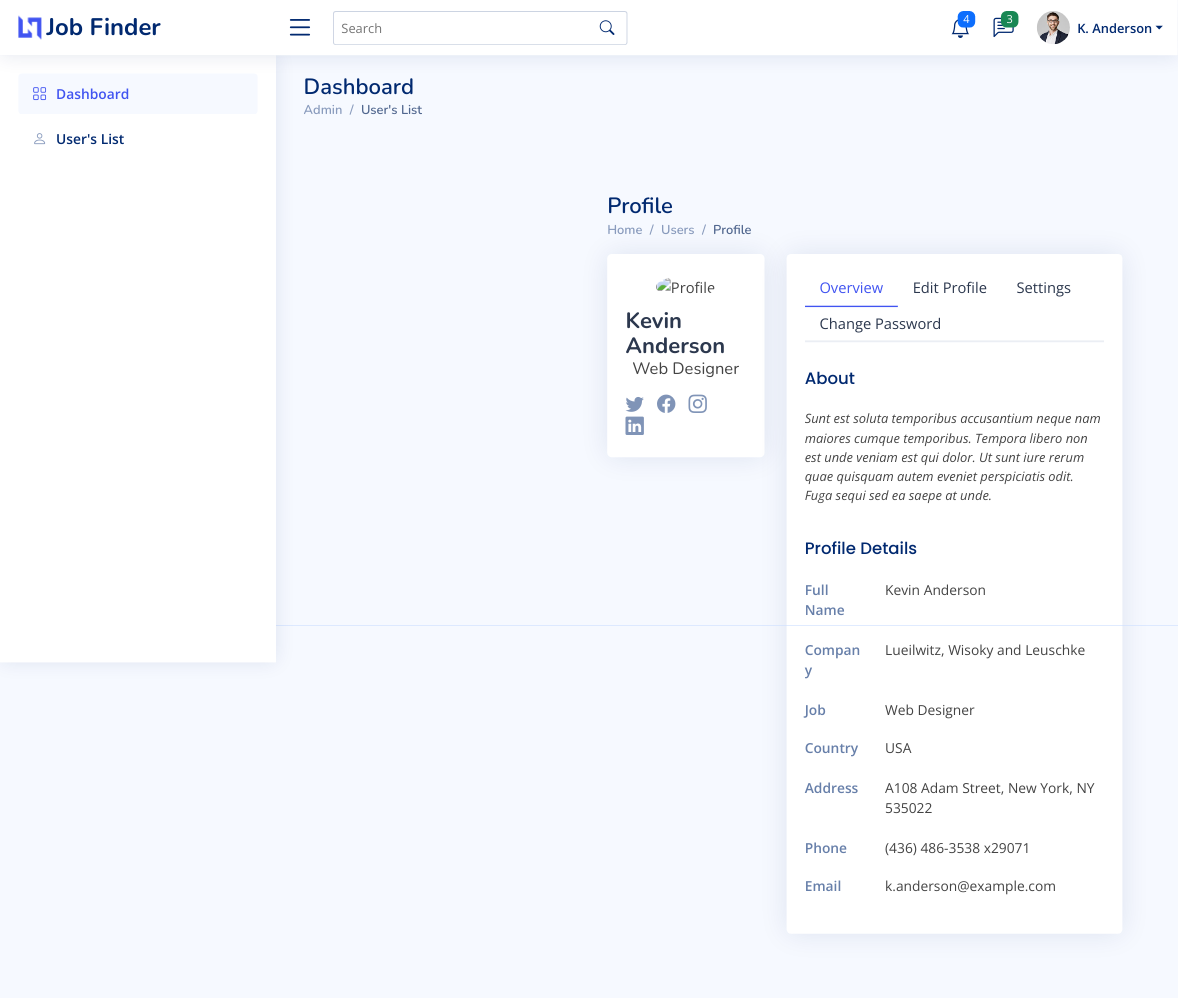
Repository: neha-rouniyar/jobfinder
Page: http://localhost/employer/my-profile
The author's editor kept a copy of each file at every save. The page is drawn from the files as they stood at one save, then again after the next save.
The browser window is 1280 px wide. The pictures show the whole page, at 92% of full size.
The page is served by the project's Laravel application, run on PHP 8.4 with Laravel 10. A made-up administrator, Test User (test@example.com), is signed in. Other server files are loaded and not shown.

Above is the page before, as saved 2023-12-21 22:29:37.

### routes/web.php
<?php

use App\Http\Controllers\Admin\AdminController;
use App\Http\Controllers\Employer\ProfileController;
use App\Http\Controllers\RegisterController;
use Illuminate\Support\Facades\Route;

/*
|--------------------------------------------------------------------------
| Web Routes
|--------------------------------------------------------------------------
|
| Here is where you can register web routes for your application. These
| routes are loaded by the RouteServiceProvider and all of them will
| be assigned to the "web" middleware group. Make something great!
|
*/

Route::get('/', function () {
    return view('welcome');
});

Route::get('/login-form',[RegisterController::class,'loginForm'])->name('login.form');
Route::get('/register-form',[RegisterController::class,'registerForm'])->name('register.form');
Route::get('/employer-form',[RegisterController::class,'employerForm'])->name('employer.form');
Route::post('/user/register-form',[RegisterController::class,'userRegisterStore'])->name('user.register.submit');
Route::post('/employer/register-form',[RegisterController::class,'companyRegisterStore'])->name('company.register.submit');
Route::post('/login-submit',[RegisterController::class,'loginAuthenticate'])->name('login.submit');





Route::get('/verify-email/{token}',[RegisterController::class,'verifyEmail'])->name('verify.email');


//admin page
Route::get('/admin-dashboard',[AdminController::class,'index'])->name('admin.dashboard');
Route::get('/admin-logout',[AdminController::class,'logout'])->name('admin.logout');
Route::get('/admin/users-list',[AdminController::class,'userList'])->name('admin.users.list');

//company only
Route::get('/employer/my-profile',[ProfileController::class,'myProfile'])->name('company.profile');



//common routes
// Route::get('/admin-dashboard',[AdminController::class,'index'])->name('common.dashboard');

### app/Models/User.php
<?php

namespace App\Models;

// use Illuminate\Contracts\Auth\MustVerifyEmail;
use Illuminate\Database\Eloquent\Factories\HasFactory;
use Illuminate\Foundation\Auth\User as Authenticatable;
use Illuminate\Notifications\Notifiable;
use Laravel\Sanctum\HasApiTokens;

class User extends Authenticatable
{
    use HasApiTokens, HasFactory, Notifiable;

    /**
     * The attributes that are mass assignable.
     *
     * @var array<int, string>
     */
    protected $fillable = [
        'name',
        'email',
        'password',
    ];

    /**
     * The attributes that should be hidden for serialization.
     *
     * @var array<int, string>
     */
    protected $hidden = [
        'password',
        'remember_token',
    ];

    /**
     * The attributes that should be cast.
     *
     * @var array<string, string>
     */
    protected $casts = [
        'email_verified_at' => 'datetime',
        'password' => 'hashed',
    ];
    public function emailVerification()
    {
        return $this->hasOne(EmailVerification::class);
    }
    public function roles()
    {
        return $this->belongsToMany(User::class,'user_roles','user_id','role_id');
    }

}

### app/Http/Controllers/Employer/ProfileController.php
<?php

namespace App\Http\Controllers\Employer;

use App\Http\Controllers\Controller;
use Illuminate\Http\Request;

class ProfileController extends Controller
{
    public function myProfile(Request $request)
    {
        return view('employer.myProfile');
    }
}

### resources/views/employer/myProfile.blade.php
@extends('admin.index')
@section('content')

<main id="main" class="main">

    <div class="pagetitle">
        <h1>Dashboard</h1>
        <nav>
          <ol class="breadcrumb">
            <li class="breadcrumb-item"><a href="#">Admin</a></li>
            <li class="breadcrumb-item active">User's List</li>
          </ol>
        </nav>
      </div>
      <main id="main" class="main">

        <div class="pagetitle">
          <h1>Profile</h1>
          <nav>
            <ol class="breadcrumb">
              <li class="breadcrumb-item"><a href="index.html">Home</a></li>
              <li class="breadcrumb-item">Users</li>
              <li class="breadcrumb-item active">Profile</li>
            </ol>
          </nav>
        </div><!-- End Page Title -->

        <section class="section profile">
          <div class="row">
            <div class="col-xl-4">

              <div class="card">
                <div class="card-body profile-card pt-4 d-flex flex-column align-items-center">

                  <img src="assets/img/profile-img.jpg" alt="Profile" class="rounded-circle">
                  <h2>Kevin Anderson</h2>
                  <h3>Web Designer</h3>
                  <div class="social-links mt-2">
                    <a href="#" class="twitter"><i class="bi bi-twitter"></i></a>
                    <a href="#" class="facebook"><i class="bi bi-facebook"></i></a>
                    <a href="#" class="instagram"><i class="bi bi-instagram"></i></a>
                    <a href="#" class="linkedin"><i class="bi bi-linkedin"></i></a>
                  </div>
                </div>
              </div>

            </div>

            <div class="col-xl-8">

              <div class="card">
                <div class="card-body pt-3">
                  <!-- Bordered Tabs -->
                  <ul class="nav nav-tabs nav-tabs-bordered">

                    <li class="nav-item">
                      <button class="nav-link active" data-bs-toggle="tab" data-bs-target="#profile-overview">Overview</button>
                    </li>

                    <li class="nav-item">
                      <button class="nav-link" data-bs-toggle="tab" data-bs-target="#profile-edit">Edit Profile</button>
                    </li>

                    <li class="nav-item">
                      <button class="nav-link" data-bs-toggle="tab" data-bs-target="#profile-settings">Settings</button>
                    </li>

                    <li class="nav-item">
                      <button class="nav-link" data-bs-toggle="tab" data-bs-target="#profile-change-password">Change Password</button>
                    </li>

                  </ul>
                  <div class="tab-content pt-2">

                    <div class="tab-pane fade show active profile-overview" id="profile-overview">
                      <h5 class="card-title">About</h5>
                      <p class="small fst-italic">Sunt est soluta temporibus accusantium neque nam maiores cumque temporibus. Tempora libero non est unde veniam est qui dolor. Ut sunt iure rerum quae quisquam autem eveniet perspiciatis odit. Fuga sequi sed ea saepe at unde.</p>

                      <h5 class="card-title">Profile Details</h5>

                      <div class="row">
                        <div class="col-lg-3 col-md-4 label ">Full Name</div>
                        <div class="col-lg-9 col-md-8">Kevin Anderson</div>
                      </div>

                      <div class="row">
                        <div class="col-lg-3 col-md-4 label">Company</div>
                        <div class="col-lg-9 col-md-8">Lueilwitz, Wisoky and Leuschke</div>
                      </div>

                      <div class="row">
                        <div class="col-lg-3 col-md-4 label">Job</div>
                        <div class="col-lg-9 col-md-8">Web Designer</div>
                      </div>

                      <div class="row">
                        <div class="col-lg-3 col-md-4 label">Country</div>
                        <div class="col-lg-9 col-md-8">USA</div>
                      </div>

                      <div class="row">
                        <div class="col-lg-3 col-md-4 label">Address</div>
                        <div class="col-lg-9 col-md-8">A108 Adam Street, New York, NY 535022</div>
                      </div>

                      <div class="row">
                        <div class="col-lg-3 col-md-4 label">Phone</div>
                        <div class="col-lg-9 col-md-8">(436) 486-3538 x29071</div>
                      </div>

                      <div class="row">
                        <div class="col-lg-3 col-md-4 label">Email</div>
                        <div class="col-lg-9 col-md-8">k.anderson@example.com</div>
                      </div>

                    </div>

                    <div class="tab-pane fade profile-edit pt-3" id="profile-edit">

                      <!-- Profile Edit Form -->
                      <form>
                        <div class="row mb-3">
                          <label for="profileImage" class="col-md-4 col-lg-3 col-form-label">Profile Image</label>
                          <div class="col-md-8 col-lg-9">
                            <img src="assets/img/profile-img.jpg" alt="Profile">
                            <div class="pt-2">
                              <a href="#" class="btn btn-primary btn-sm" title="Upload new profile image"><i class="bi bi-upload"></i></a>
                              <a href="#" class="btn btn-danger btn-sm" title="Remove my profile image"><i class="bi bi-trash"></i></a>
                            </div>
                          </div>
                        </div>

                        <div class="row mb-3">
                          <label for="fullName" class="col-md-4 col-lg-3 col-form-label">Full Name</label>
                          <div class="col-md-8 col-lg-9">
                            <input name="fullName" type="text" class="form-control" id="fullName" value="Kevin Anderson">
                          </div>
                        </div>

                        <div class="row mb-3">
                          <label for="about" class="col-md-4 col-lg-3 col-form-label">About</label>
                          <div class="col-md-8 col-lg-9">
                            <textarea name="about" class="form-control" id="about" style="height: 100px">Sunt est soluta temporibus accusantium neque nam maiores cumque temporibus. Tempora libero non est unde veniam est qui dolor. Ut sunt iure rerum quae quisquam autem eveniet perspiciatis odit. Fuga sequi sed ea saepe at unde.</textarea>
                          </div>
                        </div>

                        <div class="row mb-3">
                          <label for="company" class="col-md-4 col-lg-3 col-form-label">Company</label>
                          <div class="col-md-8 col-lg-9">
                            <input name="company" type="text" class="form-control" id="company" value="Lueilwitz, Wisoky and Leuschke">
                          </div>
                        </div>

                        <div class="row mb-3">
                          <label for="Job" class="col-md-4 col-lg-3 col-form-label">Job</label>
                          <div class="col-md-8 col-lg-9">
                            <input name="job" type="text" class="form-control" id="Job" value="Web Designer">
                          </div>
                        </div>

                        <div class="row mb-3">
                          <label for="Country" class="col-md-4 col-lg-3 col-form-label">Country</label>
                          <div class="col-md-8 col-lg-9">
                            <input name="country" type="text" class="form-control" id="Country" value="USA">
                          </div>
                        </div>

                        <div class="row mb-3">
                          <label for="Address" class="col-md-4 col-lg-3 col-form-label">Address</label>
                          <div class="col-md-8 col-lg-9">
                            <input name="address" type="text" class="form-control" id="Address" value="A108 Adam Street, New York, NY 535022">
                          </div>
                        </div>

                        <div class="row mb-3">
                          <label for="Phone" class="col-md-4 col-lg-3 col-form-label">Phone</label>
                          <div class="col-md-8 col-lg-9">
                            <input name="phone" type="text" class="form-control" id="Phone" value="(436) 486-3538 x29071">
                          </div>
                        </div>

                        <div class="row mb-3">
                          <label for="Email" class="col-md-4 col-lg-3 col-form-label">Email</label>
                          <div class="col-md-8 col-lg-9">
                            <input name="email" type="email" class="form-control" id="Email" value="k.anderson@example.com">
                          </div>
                        </div>

                        <div class="row mb-3">
                          <label for="Twitter" class="col-md-4 col-lg-3 col-form-label">Twitter Profile</label>
                          <div class="col-md-8 col-lg-9">
                            <input name="twitter" type="text" class="form-control" id="Twitter" value="https://twitter.com/#">
                          </div>
                        </div>

                        <div class="row mb-3">
                          <label for="Facebook" class="col-md-4 col-lg-3 col-form-label">Facebook Profile</label>
                          <div class="col-md-8 col-lg-9">
                            <input name="facebook" type="text" class="form-control" id="Facebook" value="https://facebook.com/#">
                          </div>
                        </div>

                        <div class="row mb-3">
                          <label for="Instagram" class="col-md-4 col-lg-3 col-form-label">Instagram Profile</label>
                          <div class="col-md-8 col-lg-9">
                            <input name="instagram" type="text" class="form-control" id="Instagram" value="https://instagram.com/#">
                          </div>
                        </div>

                        <div class="row mb-3">
                          <label for="Linkedin" class="col-md-4 col-lg-3 col-form-label">Linkedin Profile</label>
                          <div class="col-md-8 col-lg-9">
                            <input name="linkedin" type="text" class="form-control" id="Linkedin" value="https://linkedin.com/#">
                          </div>
                        </div>

                        <div class="text-center">
                          <button type="submit" class="btn btn-primary">Save Changes</button>
                        </div>
                      </form><!-- End Profile Edit Form -->

                    </div>

                    <div class="tab-pane fade pt-3" id="profile-settings">

                      <!-- Settings Form -->
                      <form>

                        <div class="row mb-3">
                          <label for="fullName" class="col-md-4 col-lg-3 col-form-label">Email Notifications</label>
                          <div class="col-md-8 col-lg-9">
                            <div class="form-check">
                              <input class="form-check-input" type="checkbox" id="changesMade" checked>
                              <label class="form-check-label" for="changesMade">
                                Changes made to your account
                              </label>
                            </div>
                            <div class="form-check">
                              <input class="form-check-input" type="checkbox" id="newProducts" checked>
                              <label class="form-check-label" for="newProducts">
                                Information on new products and services
                              </label>
                            </div>
                            <div class="form-check">
                              <input class="form-check-input" type="checkbox" id="proOffers">
                              <label class="form-check-label" for="proOffers">
                                Marketing and promo offers
                              </label>
                            </div>
                            <div class="form-check">
                              <input class="form-check-input" type="checkbox" id="securityNotify" checked disabled>
                              <label class="form-check-label" for="securityNotify">
                                Security alerts
                              </label>
                            </div>
                          </div>
                        </div>

                        <div class="text-center">
                          <button type="submit" class="btn btn-primary">Save Changes</button>
                        </div>
                      </form><!-- End settings Form -->

                    </div>

                    <div class="tab-pane fade pt-3" id="profile-change-password">
                      <!-- Change Password Form -->
                      <form>

                        <div class="row mb-3">
                          <label for="currentPassword" class="col-md-4 col-lg-3 col-form-label">Current Password</label>
                          <div class="col-md-8 col-lg-9">
                            <input name="password" type="password" class="form-control" id="currentPassword">
                          </div>
                        </div>

                        <div class="row mb-3">
                          <label for="newPassword" class="col-md-4 col-lg-3 col-form-label">New Password</label>
                          <div class="col-md-8 col-lg-9">
                            <input name="newpassword" type="password" class="form-control" id="newPassword">
                          </div>
                        </div>

                        <div class="row mb-3">
                          <label for="renewPassword" class="col-md-4 col-lg-3 col-form-label">Re-enter New Password</label>
                          <div class="col-md-8 col-lg-9">
                            <input name="renewpassword" type="password" class="form-control" id="renewPassword">
                          </div>
                        </div>

                        <div class="text-center">
                          <button type="submit" class="btn btn-primary">Change Password</button>
                        </div>
                      </form><!-- End Change Password Form -->

                    </div>

                  </div><!-- End Bordered Tabs -->

                </div>
              </div>

            </div>
          </div>
        </section>

      </main>

  </main

@endsection

### resources/views/admin/index.blade.php
<!DOCTYPE html>
<html lang="en">

<head>
  <meta charset="utf-8">
  <meta content="width=device-width, initial-scale=1.0" name="viewport">

  <title>Dashboard - NiceAdmin Bootstrap Template</title>
  <meta content="" name="description">
  <meta content="" name="keywords">

  <!-- Favicons -->
  <link href="assets/img/favicon.png" rel="icon">
  <link href="assets/img/apple-touch-icon.png" rel="apple-touch-icon">

  @include('admin.adminfiles.css')
</head>
<body>

  <!-- ======= Header ======== -->
@include('admin.adminfiles.navbar')


  <!-- ======= Sidebar ======= -->
  @include('admin.adminfiles.sidebar')

  @yield('content')
  <!-- End #main -->

  <!-- ======= Footer ======= -->
@include('admin.adminfiles.footer')
  <!-- End Footer -->

  <a href="#" class="back-to-top d-flex align-items-center justify-content-center"><i class="bi bi-arrow-up-short"></i></a>

  <!-- Vendor JS Files -->
@include('admin.adminfiles.js')

</body>

</html>

### resources/views/admin/adminfiles/css.blade.php
<link href="https://fonts.gstatic.com" rel="preconnect">
  <link href="https://fonts.googleapis.com/css?family=Open+Sans:300,300i,400,400i,600,600i,700,700i|Nunito:300,300i,400,400i,600,600i,700,700i|Poppins:300,300i,400,400i,500,500i,600,600i,700,700i" rel="stylesheet">

  <!-- Vendor CSS Files -->
  <link href="{{asset('adminasset/vendor/bootstrap/css/bootstrap.min.css')}}" rel="stylesheet">
  <link href="{{asset('adminasset/vendor/bootstrap-icons/bootstrap-icons.css')}}" rel="stylesheet">
  <link href="{{asset('adminasset/vendor/boxicons/css/boxicons.min.css')}}" rel="stylesheet">
  <link href="{{asset('adminasset/vendor/quill/quill.snow.css')}}" rel="stylesheet">
  <link href="{{asset('adminasset/vendor/quill/quill.bubble.css')}}" rel="stylesheet">
  <link href="{{asset('adminasset/vendor/remixicon/remixicon.css')}}" rel="stylesheet">
  <link href="{{asset('adminasset/vendor/simple-datatables/style.css')}}" rel="stylesheet">

  <!-- Template Main CSS File -->
  <link href="{{asset('adminasset/css/style.css')}}" rel="stylesheet">

### resources/views/admin/adminfiles/footer.blade.php

<footer id="footer" class="footer">
    {{-- <div class="copyright">
      &copy; Copyright <strong><span>NiceAdmin</span></strong>. All Rights Reserved
    </div>
    <div class="credits">
      <!-- All the links in the footer should remain intact. -->
      <!-- You can delete the links only if you purchased the pro version. -->
      <!-- Licensing information: https://bootstrapmade.com/license/ -->
      <!-- Purchase the pro version with working PHP/AJAX contact form: https://bootstrapmade.com/nice-admin-bootstrap-admin-html-template/ -->
      Designed by <a href="https://bootstrapmade.com/">BootstrapMade</a>
    </div> --}}
  </footer>

### resources/views/admin/adminfiles/js.blade.php
<script src="https://khalti.com/static/khalti-checkout.js"></script>
{{-- <script src="{{asset('adminasset/js/jquery.js')}}"></script> --}}
<script src="{{asset('adminasset/vendor/apexcharts/apexcharts.min.js')}}"></script>
<script src="{{asset('adminasset/vendor/bootstrap/js/bootstrap.bundle.min.js')}}"></script>
<script src="{{asset('adminasset/vendor/chart.js/chart.umd.js')}}"></script>
<script src="{{asset('adminasset/vendor/echarts/echarts.min.js')}}"></script>
<script src="{{asset('adminasset/vendor/quill/quill.min.js')}}"></script>
<script src="{{asset('adminasset/vendor/simple-datatables/simple-datatables.js')}}"></script>
<script src="{{asset('adminasset/vendor/tinymce/tinymce.min.js')}}"></script>
<script src="{{asset('adminasset/vendor/php-email-form/validate.js')}}"></script>

<!-- Template Main JS File -->
<script src="{{asset('adminasset/js/main.js')}}"></script>

Loaded but not shown: app/Http/Controllers/Controller.php (common file); public/adminasset/js/main.js (321 lines, source omitted); public/adminasset/css/style.css (1236 lines, source omitted); resources/views/admin/adminfiles/navbar.blade.php (228 lines, source omitted); resources/views/admin/adminfiles/sidebar.blade.php (85 lines, source omitted)

After the next save:
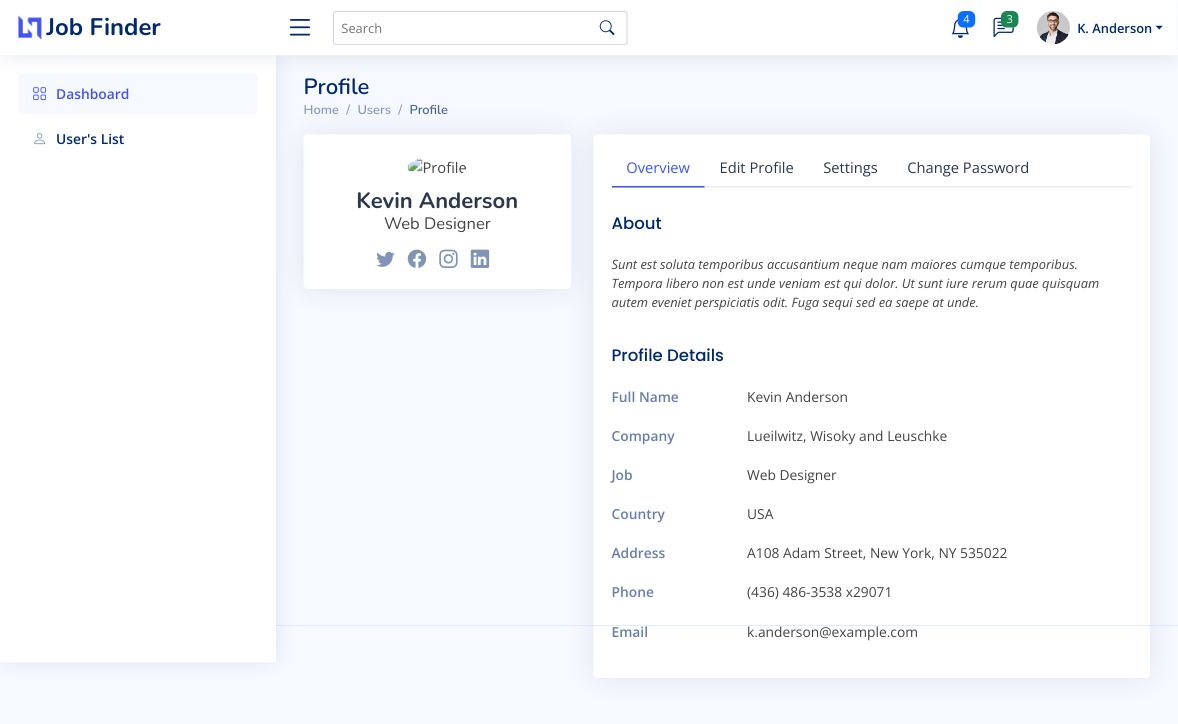
Saved 2 min 6 s later.
--- a/resources/views/employer/myProfile.blade.php
+++ b/resources/views/employer/myProfile.blade.php
@@ -1,17 +1,7 @@
 @extends('admin.index')
 @section('content')
 
-<main id="main" class="main">
-
-    <div class="pagetitle">
-        <h1>Dashboard</h1>
-        <nav>
-          <ol class="breadcrumb">
-            <li class="breadcrumb-item"><a href="#">Admin</a></li>
-            <li class="breadcrumb-item active">User's List</li>
-          </ol>
-        </nav>
-      </div>
+
       <main id="main" class="main">
 
         <div class="pagetitle">
